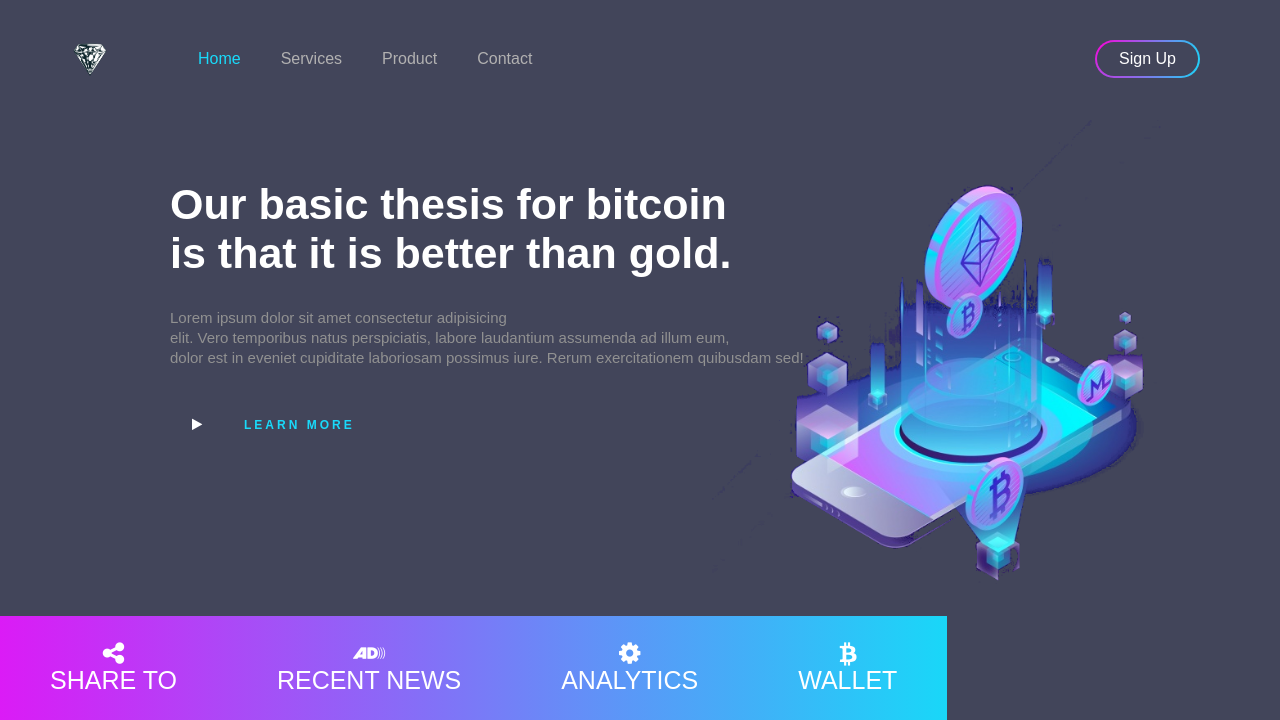
Repository: Aakarshit-Sharma19/Basic-HTML-and-CSS-Page-
Page: index.html
These files come from the project's save history. The page is drawn as it stood at one moment and after the next save; the edit follows.
The browser window is 1280 px wide. The pictures show the whole page.

Above is the page before, as saved 2020-11-10 17:07:41.

### index.html
<!DOCTYPE html>
<html lang="en">

<head>
    <title>Crypto Currency Web App - Easy Tutorials</title>
    <link rel="stylesheet" href="style.css">
    <link rel="stylesheet" href="https://stackpath.bootstrapcdn.com/font-awesome/4.7.0/css/font-awesome.min.css">
</head>

<body>
    <div class="container">
        <div class="menu">
            <ul>
                <li class="logo"><img src="1349.png" alt="diamond"></li>
                <li class="active">Home</li>
                <li>Services</li>
                <li>Product</li>
                <li>Contact</li>
                <li><a href="#" class="signup-btn"><span>Sign Up</span></a></li>
            </ul>
        </div>
        <div class="banner">
            <div class="app-text">
                <h1>Our basic thesis for bitcoin <br> is that it is better than gold.</h1>
                <p>Lorem ipsum dolor sit amet consectetur adipisicing <br>elit. Vero temporibus natus perspiciatis,
                    labore
                    laudantium assumenda ad illum eum,<br>  dolor est in eveniet cupiditate laboriosam possimus iure.
                    Rerum
                    exercitationem quibusdam sed!</p>
                <div class="play-btn">
                    <div class="play-btn-inner"><i class="fa fa-play" aria-hidden="true"></i>
                    </div>
                    <small><b>LEARN MORE</b></small>
                </div>
            </div>
            <div class="app-picture">
                <img src="background.png" alt="">
            </div>
        </div>
        <div class="quick-links">
            <ul>
                <li>
                    <i class="fa fa-share-alt" aria-hidden="true"></i><p>SHARE TO</p>
                </li>
                <li>
                   <i class="fa fa-audio-description" aria-hidden="true"></i><p>RECENT NEWS</p>
                </li>
                <li>
                    <i class="fa fa-cog" aria-hidden="true"></i><p>ANALYTICS</p>
                </li>
                <li>
                    <i class="fa fa-btc" aria-hidden="true"></i><p>WALLET</p>
                </li>
            </ul>
        </div>
    </div>
</body>

</html>

### style.css
* {
    margin: 0;
    padding: 0;
    font-family: sans-serif;
}

body{
    background: #42455a;
}
.container{
    width: 100%;
    height: 100%;
}

.menu ul{
    display: inline-flex;
    margin: 50px;
}

.menu ul li{
    list-style: none;
    margin: 0 20px;
    color: #b2b1b1;
    cursor: pointer;
}

.logo img{
    width: 40px;
    margin-top: -12px;
    margin-right: 48px;
}

.active{
    color: #19dafa!important;
}

.signup-btn{
    top: 40px;
    right: 80px;
    position: absolute;
    text-decoration: none;
    color: #fff;
    border: 2px solid transparent;
    border-radius: 20px;
    background-image: linear-gradient(#42455a, #42455a), radial-gradient(circle at top left, #fd00da, #19d7f8);
    background-origin: border-box;
    background-clip: content-box,border-box;
}

.signup-btn span{
    display: block;
    padding: 8px 22px;
}

.banner{
    width: 80%;
    height: 70%;
    top: 25%;
    left: 130px;
    position: absolute;
    color: #fff;
}

.app-text{
    width: 50%;
    float: left;
}

.app-text h1{
    font-size: 43px;
    width: 640px;
    position: relative;
    margin-left: 40px;
}

.app-text p{
    font-size: 15px;
    width: 650px;
    margin: 30px 0 30px 40px;
    line-height: 20px;
    color: #919191;
}

.app-picture{
    width: 50%;
    float: right;
}

.app-picture img{
    width: 100%;
    margin-top: -60px;
    padding-left: 70px;
}

.play-btn{
    margin-left: 40px;
    display: inline-flex;
}

.play-btn-inner{
    height: 50px;
    width: 50px;
    border: 2px solid transparent;
    border-radius: 50%;
    background-image: linear-gradient(#42455a, #42455a), radial-gradient(circle at top left, #fd00da, #19d7f8);
    background-origin: border-box;
    background-clip: content-box,border-￼
    Home
    Services
    Product
    Contact
    Sign Up
    box;
    text-align: center;
}
.play-btn-inner .fa{
    padding: 18px 0px;
    font-size: 13px;
    cursor: pointer;
}

small{
    margin: auto 20px;
    cursor: pointer;
    font-size: 12px;
    color: #19dafa;
    letter-spacing: 3px;
}

.quick-links{
    left: 0;
    bottom: 0;
    position: absolute;
    background: linear-gradient(to right, #db1bf6, #19d7f8);
}
.quick-links ul{
    display: inline-flex;
    margin: 25px auto;
    text-align: center;
}
.quick-links ul li{
    list-style: none;
    margin: 0 50px;
    cursor: pointer;
}
.quick-links ul li .fa, p{
    font-size: 25px;
    color: white;
}

After the next save:
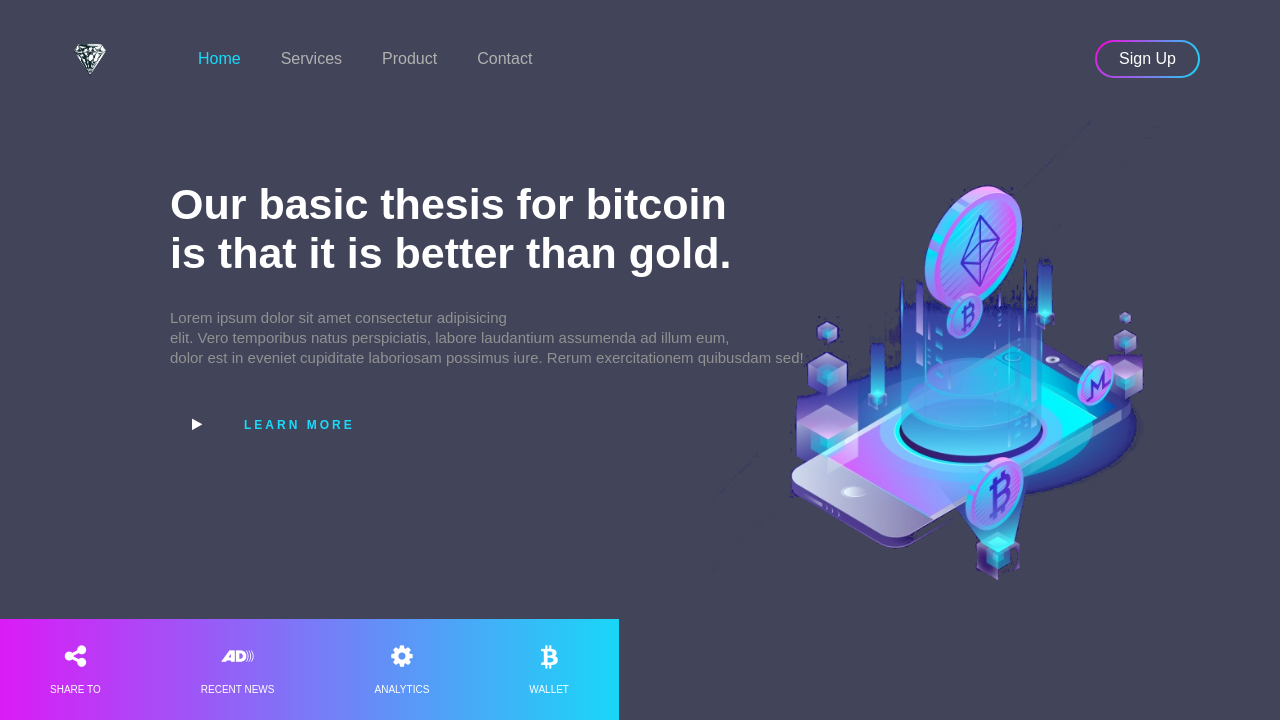
Saved 64 s later.
--- a/style.css
+++ b/style.css
@@ -143,7 +143,13 @@ small{
     margin: 0 50px;
     cursor: pointer;
 }
-.quick-links ul li .fa, p{
+.quick-links ul li .fa{
     font-size: 25px;
     color: white;
 }
+
+.quick-links ul li p{
+    margin-top: 15px;
+    font-size: 10px;
+    color: white;
+}
